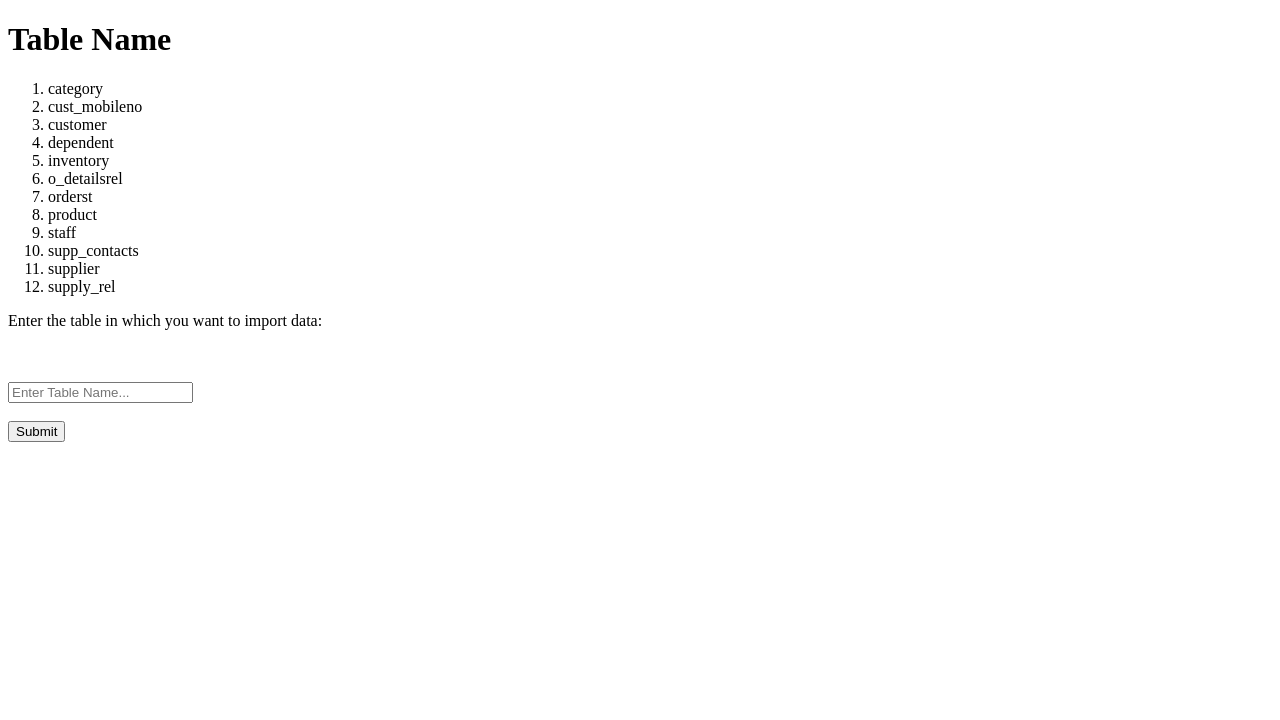
Repository: cyrusdwivedi2002/inventory-management-system
Page: DemoApp/src/main/webapp/importdump.html
The author's editor kept a copy of each file at every save. The page is drawn from the files as they stood at one save, then again after the next save.
The browser window is 1280 px wide. The pictures show the whole page.
Some web fonts or font styles are not loaded; a fallback is used.

Above is the page before, as saved 2022-06-24 19:24:18.

### DemoApp/src/main/webapp/importdump.html
<!DOCTYPE html>
<html>
<head>
<meta charset="ISO-8859-1">


<title>Insert title here</title>
</head>
<body>
<form action = "./ImportDumpTable" method = "post">
	 <h1>Table Name</h1>
	 <ol>
  <li>category</li>
  <li>cust_mobileno</li>
  <li>customer</li>
  <li>dependent</li>
  <li>inventory</li>
  <li>o_detailsrel</li>
  <li>orderst</li>
  <li>product</li>
  <li>staff</li>
  <li>supp_contacts</li>
  <li>supplier</li>
  <li>supply_rel</li>
	</ol>

	<p>Enter the table in which you want to import data: </p>
	  <br/><br/>
	 <input type="text" name="table_name" placeholder="Enter Table Name..."/>
	 <br/><br/>
	<!--  <p>file_path:</p>
     <input type="text" name="file_path"/>
     <br/><br/><br/> -->
	  <input id="button" type="submit"/>

</form>


</body>
</html>

After the next save:
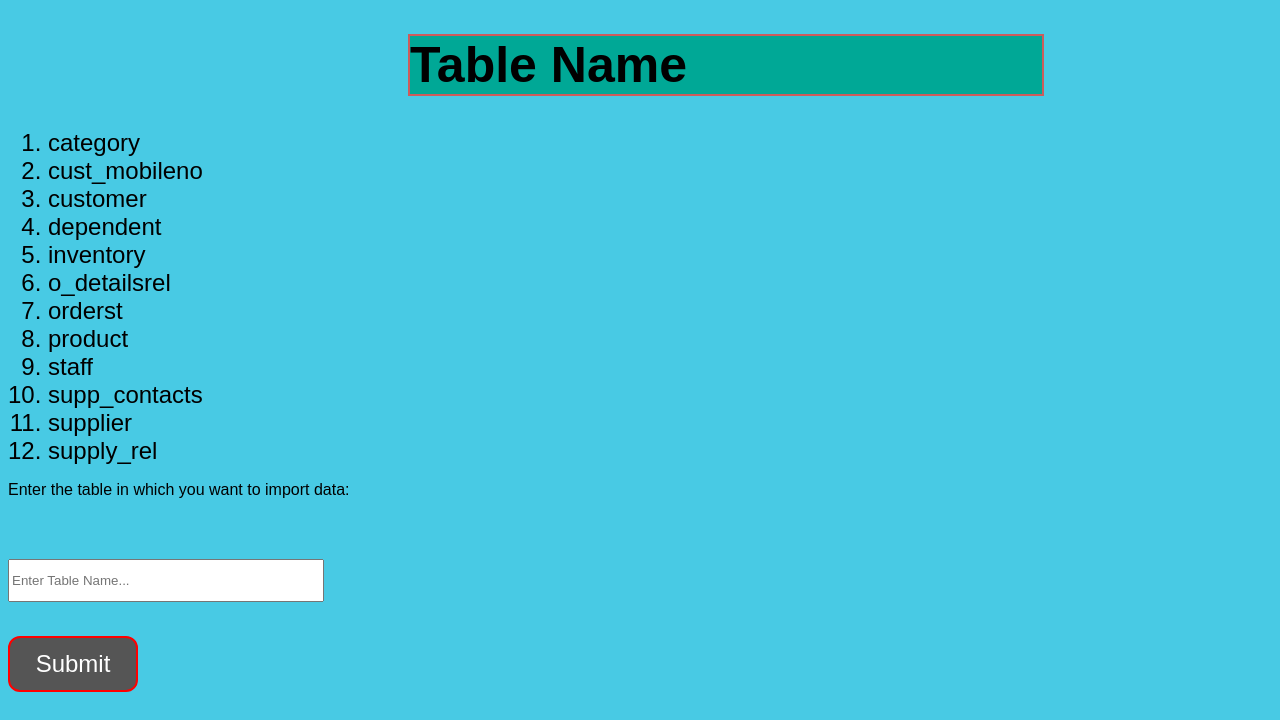
Saved 17 s later.
--- a/DemoApp/src/main/webapp/importdump.html
+++ b/DemoApp/src/main/webapp/importdump.html
@@ -3,6 +3,59 @@
 <head>
 <meta charset="ISO-8859-1">
 
+<link rel="preconnect" href="https://fonts.googleapis.com">
+<link rel="preconnect" href="https://fonts.gstatic.com" crossorigin>
+<link href="https://fonts.googleapis.com/css2?family=Anek+Latin:wght@500&family=Smooch&display=swap" rel="stylesheet">
+<style>
+
+body {
+background-color: #48cae4;
+font-family: 'Anek Latin', sans-serif;
+}
+
+h1{
+color: black;
+background-color:#00a896;
+width: 50%;
+margin-left:8em;
+padding-right:0;
+border: 2px solid indianred;
+font-size:50px;
+}
+
+li{
+font-size:x-large;
+}
+input{
+  width: 25%;
+  padding-top:12px;
+  padding-bottom:12px;
+  margin: 8px 0;
+  box-sizing: border-box;
+}
+input[type=text]:focus {
+  border: 3px solid #555;
+}
+#button{
+background-color: #555555;
+color:white;
+font-size: 24px;
+width:130px;
+border-radius: 12px;
+border:2px solid red;
+}
+#button:hover{
+cursor:pointer;
+background-color:#ef476f;
+box-shadow: 0 12px 16px 0 rgba(0,0,0,0.75), 0 17px 50px 0 rgba(0,0,0,0.50);
+transition: all 0.4s;
+}
+#button:active {
+  background-color: #4CAF50; /* Green */
+  color: white;
+}
+
+</style>
 
 <title>Insert title here</title>
 </head>
